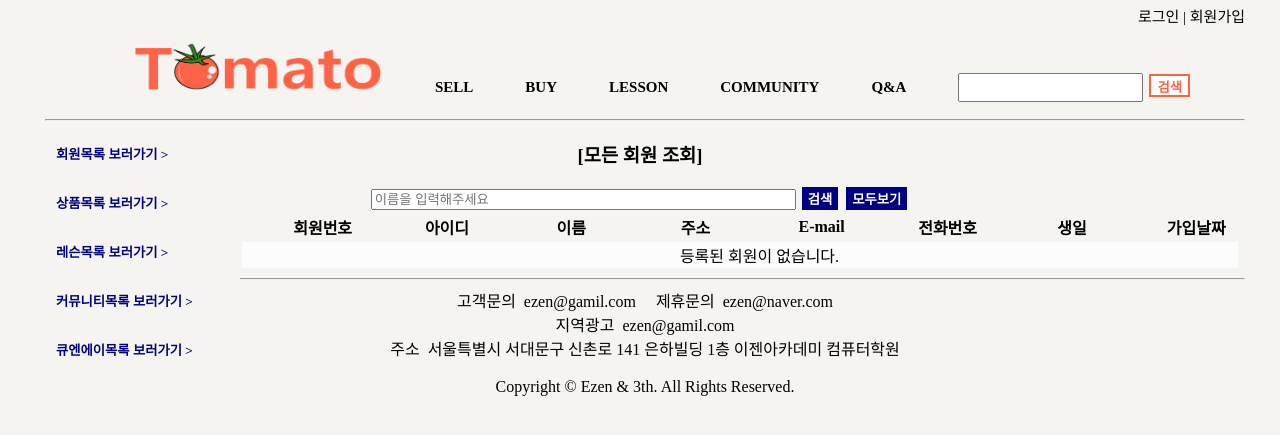
Repository: javadogfoot/semi-project
Page: http://localhost/tomato/admin/memberListAll_admin.jsp
These files come from the project's save history. The page is drawn as it stood at one moment and after the next save; the edit follows.
The browser window is 1280 px wide. The pictures show the whole page.
The page is served by Tomcat 9. Other server files are loaded and not shown. Queries for data that is not in the repository find no rows.

Above is the page before, as saved 2021-10-18 16:04:13.

### semi프로젝트워크스페이스/tomato/src/main/webapp/admin/memberListAll_admin.jsp
<%@ page language="java" contentType="text/html; charset=UTF-8"
    pageEncoding="UTF-8"%>
<%request.setCharacterEncoding("utf-8"); %>
<%@ page import="java.util.*" %>
<%@ page import="tomato.member.*" %>
<jsp:useBean id="mdao" class="tomato.member.MemberDAO"></jsp:useBean>
<!DOCTYPE html>
<html>
<head>
<meta charset="UTF-8">
<title>Insert title here</title>
<link rel="stylesheet" type="text/css" href="/tomato/css/mainLayout.css">
<style>
#joinbtn1{
   background-color: navy;
   color: white;
   font-weight: bold;
   height:23px;
   border: none;
   margin:2px;
}
#joinbtn1:hover{
   background: #f5f4f0;
   color: navy;
   font-weight: bold;
   height:23px;
   border: none;
   margin:2px;
}
.sidebar {
font-size : 3px;
font-weight : bold;
height: 500px;
width: 200px;
color: #999;
background: #f5f4f0;
}
.sidebar a {
padding: 15px 16px 15px 16px;
text-decoration: none;
font-size: 10pt;
color: navy;
display: block;
border: 1px bold tomato;
}
.sidebar a:hover {
color: tomato;
}
h3{
   text-align: center;
}
li {
   list-style-type: none;
}
h4 {
   text-align: center;
   margin: 0px auto;
}
aside {
   width:200px;
   float:left;
}
form {
   text-align : center;
}
   table.table tr th, table.table tr td {
       border-color: #e9e9e9;
       padding-left: 40px;
       width: 100px;
       text-align:center;
    }
    table.table-striped tbody tr:nth-of-type(odd) {
       background-color: #fcfcfc;
   }
   table.table-striped.table-hover tbody tr:hover {
      background: #f5f5f5;
   }
   table.table td a {
      font-weight: bold;
      color: #566787;
      display: inline-block;
      text-decoration: none;
      outline: none !important;
   }
</style>
<script>
function showListAll(){
   location.href='memberListAll_admin.jsp';
}
</script>
</head>
<body>
<%@include file="/header.jsp" %>
<aside>
<div class="sidebar" style="position:absolute;">
<div><a href="memberList_admin.jsp">회원목록 보러가기  ></a></div>
<div><a href="buyList_admin.jsp">상품목록 보러가기  ></a></div>
<div><a href="lessonList_admin.jsp">레슨목록 보러가기  ></a></div>
<div><a href="communityList_admin.jsp">커뮤니티목록 보러가기  ></a></div>
<div><a href="qnaList_admin.jsp">큐엔에이목록 보러가기  ></a></div>
</div>
</aside>
<section>
      <h3>[모든 회원 조회]</h3>
</section>
<section>
   <form name="keywordFind" method="post">
      <input type="text" name="keyword" placeholder="이름을 입력해주세요" size="50">
      <input type="submit" value="검색" id="joinbtn1" >
      <input type="button" name="listAll" value="모두보기" id="joinbtn1" onclick="showListAll()">
   </form>
</section>
<section>
      <%
      if(request.getMethod().equals("GET")){
         %>
</section>
            <table class="table table-striped table-hover" style="margin-left:200px;">
                <thead>
                    <tr>
                        <th>회원번호</th>
                        <th>아이디</th>
                        <th>이름</th>
                        <th>주소</th>
                        <th>E-mail</th>
                        <th>전화번호</th>
                        <th>생일</th>
                        <th>가입날짜</th>
                    </tr>
                </thead>
            <tbody>
            <%
            ArrayList<MemberDTO> arr=mdao.MemberListAll();
            if(arr==null||arr.size()==0){
               %>
               <tr>
                  <td colspan="8" align="center">
                  등록된 회원이 없습니다.
                  </td>
               </tr>
               <%
            }else {
               for(int i=0;i<arr.size();i++){
                  %>
                  <tr>
                     <td><%=arr.get(i).getM_idx()%></td>
                     <td><%=arr.get(i).getM_id() %></td>
                     <td><%=arr.get(i).getM_name() %></td>
                     <td><%=arr.get(i).getM_addr() %></td>
                     <td><%=arr.get(i).getM_email() %></td>
                     <td><%=arr.get(i).getM_tel() %></td>
                     <td><%=arr.get(i).getM_birth() %></td>
                     <td><%=arr.get(i).getM_joindate() %></td>
                  </tr>
                  <%
               }
            }
            %>
            </tbody>
            </table>
         <%
      }else {
         %>
         <jsp:include page="memberKeywordFind_ok.jsp"></jsp:include>
         <%
      }
      %>

<%@include file="/footer.jsp" %>
</body>
</html>

### semi프로젝트워크스페이스/tomato/src/main/webapp/header.jsp
<%@ page language="java" contentType="text/html; charset=UTF-8"
    pageEncoding="UTF-8"%>
<!DOCTYPE html>
<html>
<head>
<meta charset="UTF-8">
<title>Insert title here</title>
<style>

#btn1{
   background-color: white;
   color: tomato;
   font-weight: bold;
   height:23px;
   border: none;
   margin:2px;
   border: 2px solid tomato;
}
#btn1:hovertn1{
   background-color: tomato;
   color: white;
   font-weight: bold;
   height:23px;
   border: none;
   margin:2px;
   border: 2px solid tomato;
}
</style>
</head>
<body>
<header>
<%
String m_id=(String)session.getAttribute("m_id");
String m_name=(String)session.getAttribute("m_name");
if(m_id==null){
   %>
   <div>
   <a href="/tomato/member/login.jsp">로그인</a> | <a href="/tomato/member/join.jsp">회원가입</a>
   </div>
   <%
}else{
      %>
   <div>
   <%
   if(m_id.equals("admin")){
      %>
      <a href="/tomato/admin/memberList_admin.jsp"><%=m_name %>님 마이페이지</a> |
      <%
   }else{
      %>
      <a href="/tomato/member/mypage.jsp"><%=m_name %>님 마이페이지</a> |
      <%
   }
   %>
   <a href="/tomato/member/logout.jsp">로그아웃</a>
   </div>
   <%
}
%>
<nav>
<ul>
   <li><h1><a href="/tomato/index.jsp"><img src="/tomato/img/토마토_메인로고.png" alt="메인로고" height="50px" width="250px"></a></h1></li>
   <li><h2><a href="/tomato/sell/sell.jsp">SELL</a></h2></li>
   <li><h2><a href="/tomato/buy/buyList.jsp?col=s_idx&range=desc">BUY</a></h2></li>
   <li><h2><a href="/tomato/lesson/lessonList.jsp">LESSON</a></h2></li>
   <li><h2><a href="/tomato/community/community.jsp">COMMUNITY</a></h2></li>
   <li><h2><a href="/tomato/qna/qnaList.jsp">Q&A</a></h2></li>
   <li>
		<form name="headerSearch" action="/tomato/buy/headerBuySearch.jsp" style="display: inline;">
			<input type="text" name="searchValue">
			<input type="submit" value="검색" id="btn1">
		</form>
	</li>
</ul>
</nav>
<hr/>
</header>
</body>
</html>

### semi프로젝트워크스페이스/tomato/src/main/webapp/footer.jsp
<%@ page language="java" contentType="text/html; charset=UTF-8"
    pageEncoding="UTF-8"%>
<!DOCTYPE html>
<html>
<head>
<meta charset="UTF-8">
<title>Insert title here</title>
</head>
<body>
<footer>
<hr/>
<div>
고객문의&nbsp;&nbsp;ezen@gamil.com &nbsp;&nbsp;&nbsp;&nbsp;제휴문의&nbsp;&nbsp;ezen@naver.com
<br/>
지역광고&nbsp;&nbsp;ezen@gamil.com
<br/>
주소&nbsp;&nbsp;서울특별시 서대문구 신촌로 141 은하빌딩 1층 이젠아카데미 컴퓨터학원
</div>
<br/>
<div>Copyright &copy; Ezen & 3th. All Rights Reserved.</div>
</footer>
</body>
</html>

### semi프로젝트워크스페이스/tomato/src/main/java/tomato/member/MemberDAO.java
package tomato.member;

import java.sql.*;
import java.util.*;
import javax.naming.*;
import javax.sql.*;

public class MemberDAO {

	private Connection conn;
	private PreparedStatement ps;
	private ResultSet rs;

	public static final int NOT_ID=1;
	public static final int NOT_PWD=2;
	public static final int LOGIN_OK=3;
	public static final int ERROR=-1;

	public MemberDAO() {

	}
	public Boolean idCheck(String userid) {
		try {
			conn=tomato.db.TomatoDB.getConn();
			String sql="select * from tomato_member where m_id=?";
			ps=conn.prepareStatement(sql);
			ps.setString(1, userid);
			rs=ps.executeQuery();
			boolean result=rs.next();
			return result;
		}catch(Exception e) {
			e.printStackTrace();
			return false;
		}finally {
			try {
				if(rs!=null)rs.close();
				if(ps!=null)ps.close();
				if(conn!=null)conn.close();
			}catch(Exception e2) {

			}
		}
	}

	/**회원 등록 관련 메서드*/
	public int memberJoin(MemberDTO dto) {
		try {
			conn=tomato.db.TomatoDB.getConn();
			String sql="insert into tomato_member values(tomato_member_m_idx.nextval,?,?,?,?,?,?,?,?,?,?,?,sysdate,0)";
			ps=conn.prepareStatement(sql);
			ps.setString(1, dto.getM_id());
			ps.setString(2, dto.getM_pwd());
			ps.setString(3, dto.getM_name());
			ps.setString(4, dto.getM_email());
			ps.setString(5, dto.getM_addr());
			ps.setString(6, dto.getM_tel());
			ps.setString(7, dto.getM_birth());
			ps.setInt(8, dto.getM_smsok());
			ps.setInt(9, dto.getM_emailok());
			ps.setString(10, dto.getM_ask());
			ps.setString(11, dto.getM_answer());
			int count=ps.executeUpdate();
			return count;
		}catch(Exception e) {
			e.printStackTrace();
			return ERROR;
		}finally {
			try {
				if(ps!=null)ps.close();
				if(conn!=null)conn.close();
			}catch(Exception e2) {

			}
		}
	}
	 /**로그인 검증 관련 메서드*/
	  public int loginCheck(String userid, String userpwd) {
	     try {
	        conn=tomato.db.TomatoDB.getConn();
	        String sql="select m_pwd from tomato_member where m_id=?";
	        ps=conn.prepareStatement(sql);
	        ps.setString(1, userid);
	        rs=ps.executeQuery();
	        if(rs.next()) {
	           String dbpwd=rs.getString(1);
	           if(dbpwd.equals(userpwd)) {
	              return LOGIN_OK;
	           }else {
	              return NOT_PWD;
	           }
	        }else {
	           return NOT_ID;
	        }
	     } catch (Exception e) {
	        e.printStackTrace();
	        return ERROR;
	     }finally {
	        try {
	           if(rs!=null)rs.close();
	           if(ps!=null)ps.close();
	           if(conn!=null)conn.close();
	        } catch (Exception e2) {
	       }
	    }
	  }
	  public String getUserInfo(String userid) {
	      try {

	         conn=tomato.db.TomatoDB.getConn();

	         String sql="select m_name from tomato_member where m_id=?";
	         ps=conn.prepareStatement(sql);
	         ps.setString(1, userid);
	         rs=ps.executeQuery();
	         rs.next();
	         return rs.getString(1);
	      } catch (Exception e) {
	         e.printStackTrace();
	         return null;
	      }finally {
	         try {
	            if(rs!=null)rs.close();
	            if(ps!=null)ps.close();
	            if(conn!=null)conn.close();
	         } catch (Exception e2) {

	         }
	      }
	   }

   public String findIdCheck(String username, String useremail) {
      try {
	        conn=tomato.db.TomatoDB.getConn();
	        String sql="select m_id from tomato_member where m_name=? and m_email=?";
	        ps=conn.prepareStatement(sql);
	        ps.setString(1, username);
	        ps.setString(2, useremail);
	        rs=ps.executeQuery();
	        String result=null;
	        if(rs.next()) {
	        	result=rs.getString(1);
	        }
	        return result;
	     } catch (Exception e) {
	        e.printStackTrace();
	        return null;
	     }finally {
	        try {
	           if(rs!=null)rs.close();
	           if(ps!=null)ps.close();
	           if(conn!=null)conn.close();
	        } catch (Exception e2) {
	        }
	    }
	}
   public String findPwdCheck(String username, String useremail, String useranswer) {
	   try {
		   conn=tomato.db.TomatoDB.getConn();
		   String sql="select m_pwd from tomato_member where m_name=? and m_email=? and m_answer=?";
		   ps=conn.prepareStatement(sql);
		   ps.setString(1, username);
		   ps.setString(2, useremail);
		   ps.setString(3, useranswer);
		   rs=ps.executeQuery();
		   String result=null;
		   if(rs.next()) {
			   result=rs.getString(1);
		   }
		   return result;
	   }catch(Exception e) {
		   e.printStackTrace();
		   return null;
	   }finally {
		   try {
			   if(rs!=null)rs.close();
			   if(ps!=null)ps.close();
			   if(conn!=null)conn.close();
		   }catch(Exception e2) {

		   }
	   }
   }
   public int selectMidx(String userid) {
	   try {
		   conn=tomato.db.TomatoDB.getConn();
		   String sql="select m_idx from tomato_member where m_id=?";
		   ps=conn.prepareStatement(sql);
		   ps.setString(1, userid);
		   rs=ps.executeQuery();
		   int idx=0;
		   if(rs.next()) {
			   idx=rs.getInt(1);
		   }
		   return idx;
	   }catch(Exception e) {
		   return -1;
	   }finally {
		   try {
			   if(rs!=null)rs.close();
			   if(ps!=null)ps.close();
			   if(conn!=null)conn.close();
		   }catch(Exception e2) {

		   }
	   }
   }
   public String findAddr(String id) {
	   try {
		   conn=tomato.db.TomatoDB.getConn();
		   String sql="select * from tomato_member where m_id=?";
		   ps=conn.prepareStatement(sql);
		   ps.setString(1, id);
		   rs=ps.executeQuery();
		   String result=null;
		   if(rs.next()) {
			   result=rs.getString("m_addr");
		   }
		   return result;
	   }catch(Exception e) {
		   e.printStackTrace();
		   return null;
	   }finally {
		   try {
			   if(rs!=null)rs.close();
			   if(ps!=null)ps.close();
			   if(conn!=null)ps.close();
		   }catch(Exception e2) {

		   }
	   }
   }
   /**회원검색 관련 메서드*/
   public ArrayList<MemberDTO> keywordFind(String fkey){
      try {

         conn=tomato.db.TomatoDB.getConn();
         String sql="select  m_idx,m_id,m_name,m_email,m_addr,m_tel,m_birth,m_joindate from tomato_member where m_name=?";
         ps=conn.prepareStatement(sql);
         ps.setString(1, fkey);
         rs=ps.executeQuery();

         ArrayList<MemberDTO> arr=new ArrayList<MemberDTO>();

            while(rs.next()){
            int m_idx=rs.getInt("m_idx");
            String m_id=rs.getString("m_id");
            String m_name=rs.getString("m_name");
            String m_email=rs.getString("m_email");
            String m_addr=rs.getString("m_addr");
            String m_tel=rs.getString("m_tel");
            String m_birth=rs.getString("m_birth");
            java.sql.Date m_joindate=rs.getDate("m_joindate");

           MemberDTO dtos= new MemberDTO(m_idx, m_id, m_name, m_email, m_addr, m_tel, m_birth, m_joindate);
           arr.add(dtos);
               }

         return arr;
      }catch(Exception e) {
         e.printStackTrace();
         return null;
      }finally {
         try {
            if(rs!=null)rs.close();
            if(ps!=null)ps.close();
            if(conn!=null)conn.close();
         }catch(Exception e2) {}
      }
   }

   /**모든 회원 내역 관련 메서드*/
   public ArrayList<MemberDTO> MemberListAll(){
      try{

         conn=tomato.db.TomatoDB.getConn();
         String sql="select m_idx,m_id,m_name,m_email,m_addr,m_tel,m_birth,m_joindate from tomato_member order by m_idx desc";
         ps=conn.prepareStatement(sql);
         rs=ps.executeQuery();
         ArrayList<MemberDTO> arr=new ArrayList<MemberDTO>();
         while(rs.next()){
            int m_idx=rs.getInt("m_idx");
            String m_id=rs.getString("m_id");
            String m_name=rs.getString("m_name");
            String m_email=rs.getString("m_email");
            String m_addr=rs.getString("m_addr");
            String m_tel=rs.getString("m_tel");
            String m_birth=rs.getString("m_birth");
            java.sql.Date m_joindate=rs.getDate("m_joindate");

            MemberDTO dto= new MemberDTO(m_idx, m_id, m_name, m_email, m_addr, m_tel, m_birth, m_joindate);
            arr.add(dto);
         }
               return arr;
      }catch(Exception e) {
      e.printStackTrace();
      return null;
      }finally {
         try {
            if(rs!=null)rs.close();
            if(ps!=null)ps.close();
            if(conn!=null)conn.close();
         }catch(Exception e2) {}
      }
   }

      /**회원정보 조회 관련 메서드*/
      public MemberDTO memberView(String sessionID ){
         try {

         conn=tomato.db.TomatoDB.getConn();

         String sql="select * from tomato_member where m_id=? ";
         ps=conn.prepareStatement(sql);
      ps.setString(1,sessionID );

      rs=ps.executeQuery();

      MemberDTO dto=null;

      while(rs.next()){
            int m_idx=rs.getInt("m_idx");
            String m_id=rs.getString("m_id");
            String m_name=rs.getString("m_name");
            String m_email=rs.getString("m_email");
            String m_addr=rs.getString("m_addr");
            String m_tel=rs.getString("m_tel");
            String m_birth=rs.getString("m_birth");
            java.sql.Date m_joindate=rs.getDate("m_joindate");

            dto= new MemberDTO(m_idx, m_id, m_name, m_email, m_addr, m_tel, m_birth, m_joindate);
               }
            return dto;

      } catch (Exception e) {
         e.printStackTrace();
         return null;
      }finally {
         try {
            if(rs!=null)rs.close();
            if(ps!=null)ps.close();
            if(conn!=null)conn.close();
         }catch(Exception e2) {}
         }
      }

      /**회원 정보 수정 관련 메서드*/

      public int memberUpdate(MemberDTO dto){
         try {

            conn=tomato.db.TomatoDB.getConn();
            String sql = "update tomato_member set m_pwd=?,m_name=?, m_email=?, m_addr=?, m_tel=? "
               + "where m_id=?";

            ps=conn.prepareStatement(sql);
            ps.setString(1, dto.getM_pwd());
            ps.setString(2, dto.getM_name());
            ps.setString(3, dto.getM_email());
            ps.setString(4, dto.getM_addr());
            ps.setString(5, dto.getM_tel());
            ps.setString(6, dto.getM_id());

            int result=ps.executeUpdate();

            return result;

         } catch (Exception e) {
             e.printStackTrace();
             return -1;
         } finally {
            try {
               if(ps!=null)ps.close();
               if(conn!=null)conn.close();
            } catch (Exception e2) {

            }
         }
      }

      /**회원탈퇴 관련 메서드*/
      public int memberDelete(String m_id) {
            try {
            conn=tomato.db.TomatoDB.getConn();
            String sql="delete from tomato_member where m_id=?";
            ps=conn.prepareStatement(sql);
            ps.setString(1, m_id);
            int count=ps.executeUpdate();

            return count;

         } catch (Exception e) {
            // TODO: handle exception
            e.printStackTrace();
            return -1;
         }finally {
            try {
               if(ps!=null)ps.close();
               if(conn!=null)conn.close();
            } catch (Exception e) {
               // TODO: handle exception
            }
         }
      }
}

### semi프로젝트워크스페이스/tomato/src/main/java/tomato/db/TomatoDB.java
package tomato.db;

import java.sql.*;
import javax.sql.*;
import javax.naming.*;

public class TomatoDB {

	static DataSource ds;

	static{
		try {
		Context initContext = new InitialContext();
		Context envContext  = (Context)initContext.lookup("java:/comp/env");
		ds = (DataSource)envContext.lookup("jdbc/myoracle");
		}catch(Exception e) {
			e.printStackTrace();
		}
	}

	public static Connection getConn() throws Exception{
		return ds.getConnection();
	}
}

### semi프로젝트워크스페이스/tomato/src/main/webapp/css/mainLayout.css
@charset "UTF-8";
body{
   background-color: #f5f4f0;
   margin: 5px auto;
   width: 1200px;
}
header{
   width: 1200px;
   margin: 5px;
}
header div{
   text-align: right;
   font-size: 15px;
}
header div a{
   color: black;
   text-decoration: none;
}
header div a:hover{
   color: black;
   text-decoration: underline;
}
h1{
   font-size: 45px;
   color: tomato;
   display: inline;
}
h1 a{
   text-decoration: none;
   color: tomato;
}
h2{
   color: black;
   display: inline;
   font-size: 15px;
}
h2 a{
   text-decoration: none;
   color: black;
}
header nav li{
   list-style-type: none;
   display: inline;
   color: black;
   margin-left: 48px;
}
header input{

   height: 23px;
}
section{
   width: 1200px;
}
footer{
   width: 1200px;
   clear: both;
   margin: 5px;
   text-align: center;
}

After the next save:
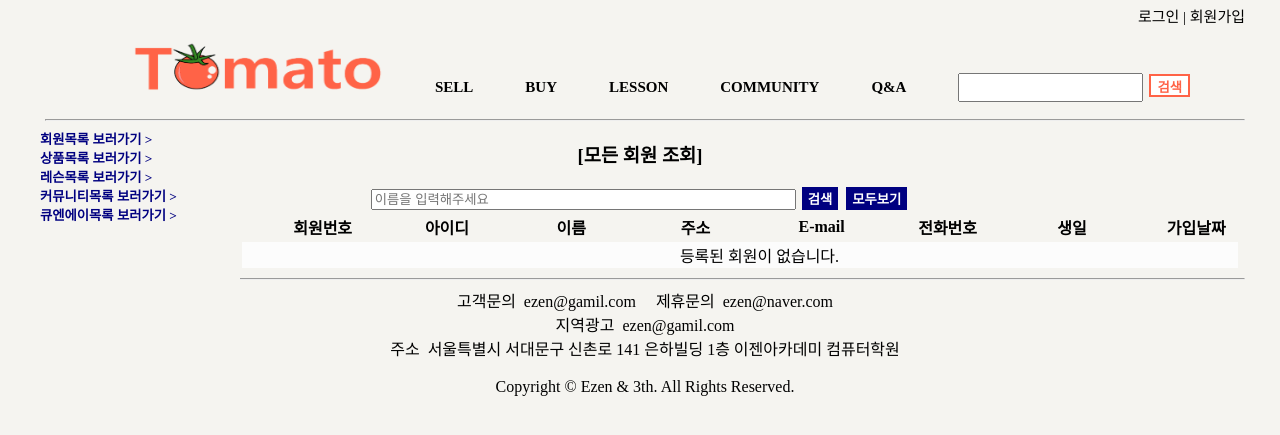
Saved 64 s later.
--- a/semi프로젝트워크스페이스/tomato/src/main/webapp/admin/memberListAll_admin.jsp
+++ b/semi프로젝트워크스페이스/tomato/src/main/webapp/admin/memberListAll_admin.jsp
@@ -36,7 +36,6 @@
 background: #f5f4f0;
 }
 .sidebar a {
-padding: 15px 16px 15px 16px;
 text-decoration: none;
 font-size: 10pt;
 color: navy;

After the save that followed:
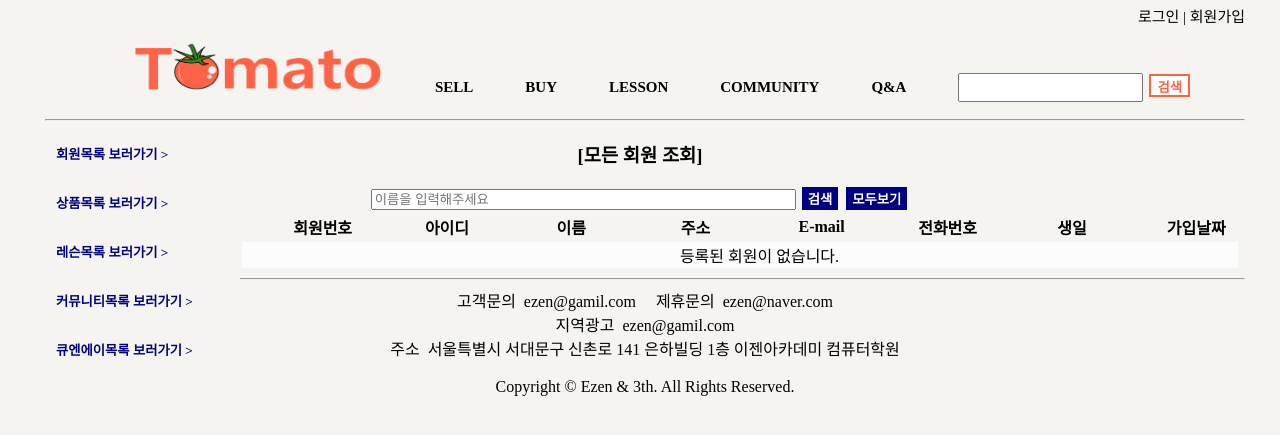
Saved 9 s later.
--- a/semi프로젝트워크스페이스/tomato/src/main/webapp/admin/memberListAll_admin.jsp
+++ b/semi프로젝트워크스페이스/tomato/src/main/webapp/admin/memberListAll_admin.jsp
@@ -36,6 +36,7 @@
 background: #f5f4f0;
 }
 .sidebar a {
+padding: 15px 16px 15px 16px;
 text-decoration: none;
 font-size: 10pt;
 color: navy;
